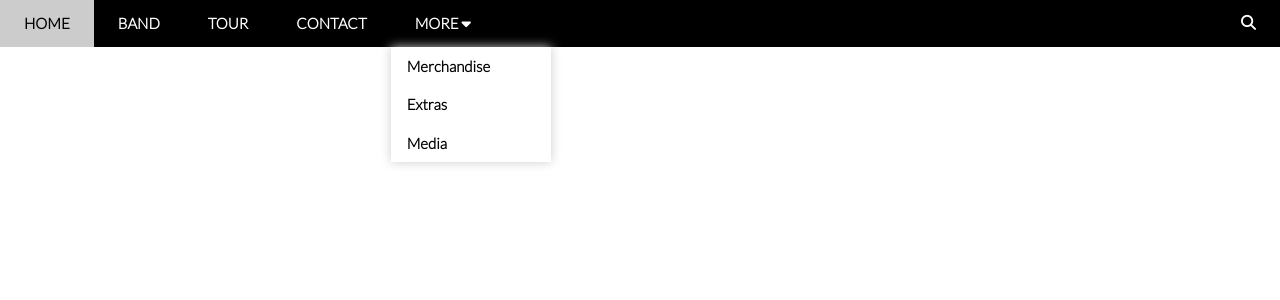
Repository: vanmanhAI/project-03-w3
Page: index.html
These files come from the project's save history. The page is drawn as it stood at one moment and after the next save; the edit follows.
The browser window is 1280 px wide. The pictures show the whole page.
Some web libraries are served in a nearby version.

Above is the page before, as saved 2022-07-09 17:36:24.

After the next save:
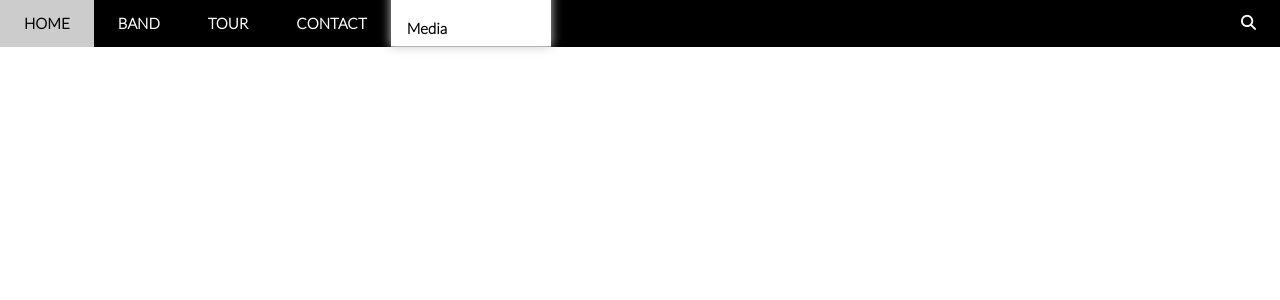
Saved 6 s later.
--- a/assets/css/style.css
+++ b/assets/css/style.css
@@ -69,7 +69,7 @@
     background: #fff;
     color: #000;
     box-shadow: 0 0 10px 0 #ccc;
-    transform: tran;
+    transform: translateY(-100%);
 }
 #nav .subnav li{
     padding: 0.8rem 1.6rem;
